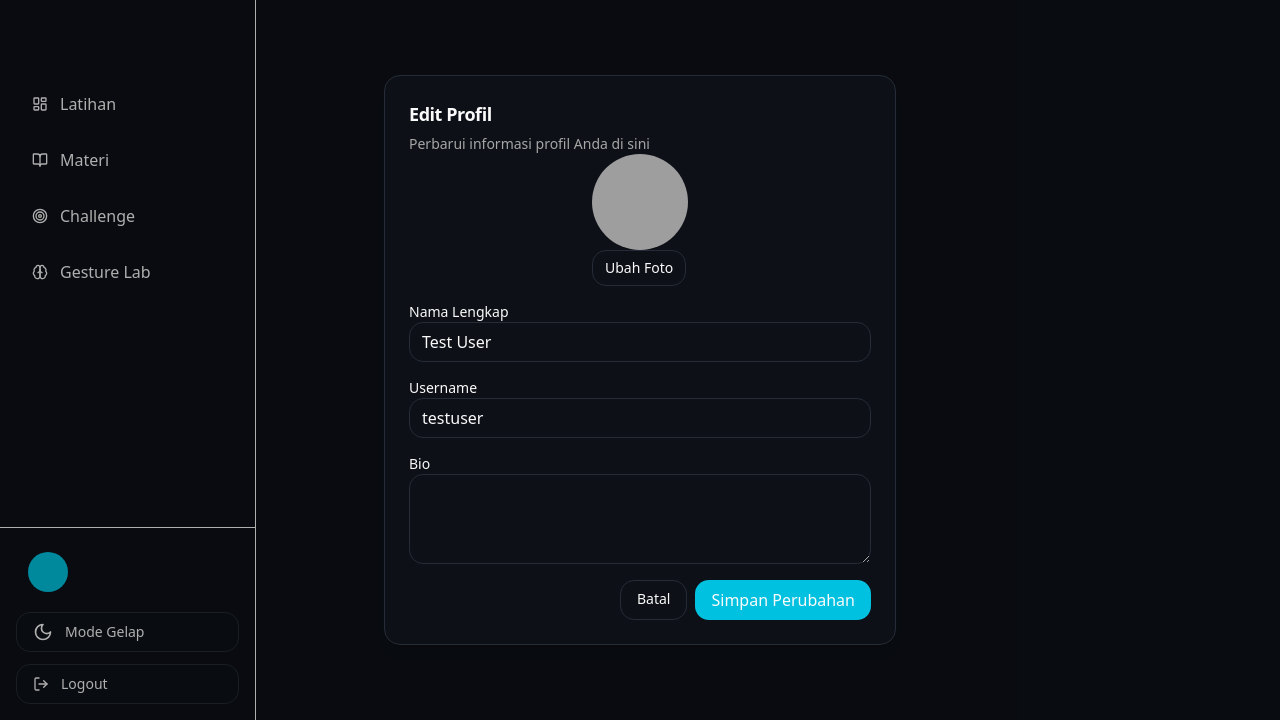
Repository: Tisna7/GESTURA
Page: http://localhost/profile/edit
These files come from the project's save history. The page is drawn as it stood at one moment and after the next save; the edit follows.
The browser window is 1280 px wide. The pictures show the whole page.
Pictures or frames that could not be fetched are drawn as grey boxes. The page is served by the project's Laravel application, run on PHP 8.4 with Laravel 12. A made-up administrator, Test User (test@example.com), is signed in. Style sheets and scripts are compiled from the project's sources, by tool versions that may differ from the author's.

Above is the page before, as saved 2025-11-23 16:28:00.
Console error: TypeError: Cannot read properties of null (reading 'addEventListener')

After the next save:
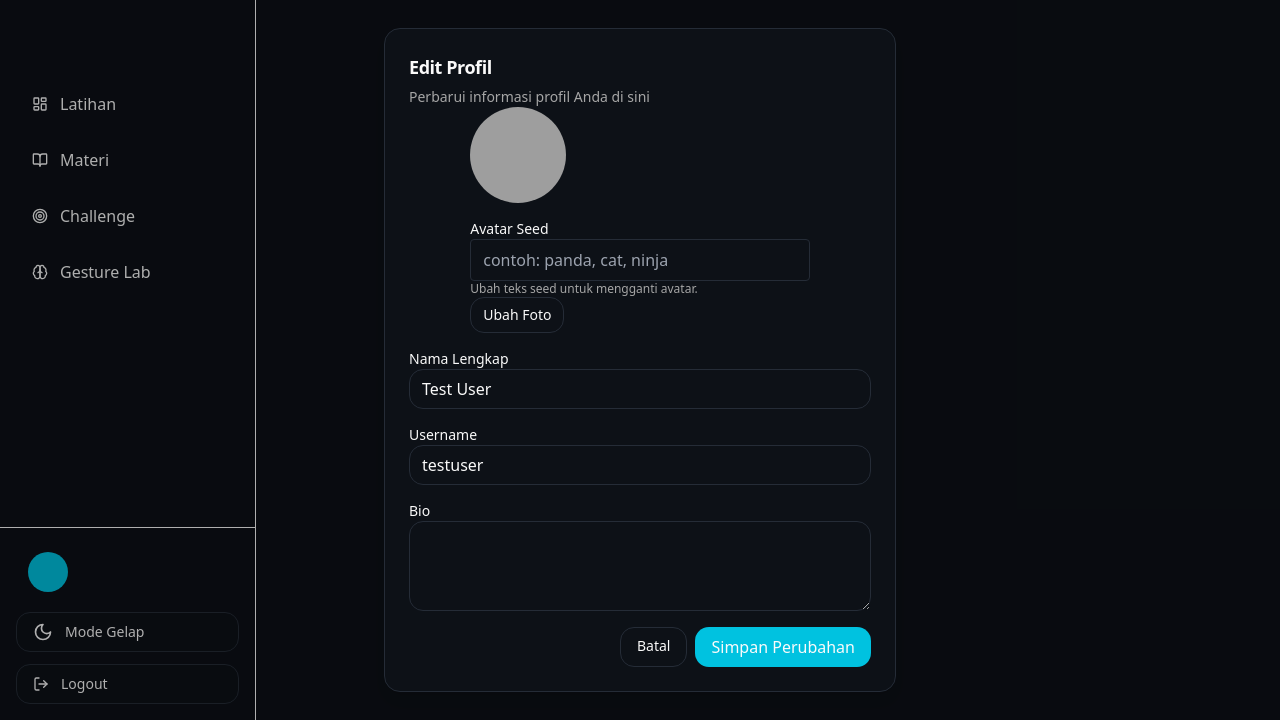
Saved 65 s later.
--- a/resources/views/user/profile-edit.blade.php
+++ b/resources/views/user/profile-edit.blade.php
@@ -35,6 +35,15 @@
                 ? asset('storage/' . $user->profile_image)
                 : 'https://api.dicebear.com/7.x/avataaars/svg?seed=' . ($user->username ?? 'user') }}">
     </span>
+    <div class="mt-4">
+    <label class="text-sm font-medium">Avatar Seed</label>
+    <input type="text" name="profile_image"
+        value="{{ old('profile_image', $user->profile_image) }}"
+        class="border rounded w-full px-3 py-2"
+        placeholder="contoh: panda, cat, ninja">
+    <p class="text-xs text-muted-foreground">Ubah teks seed untuk mengganti avatar.</p>
+</div>
+
 
     {{-- TOMBOL UNTUK MEMBUKA FILE UPLOAD --}}
     <button type="button"
